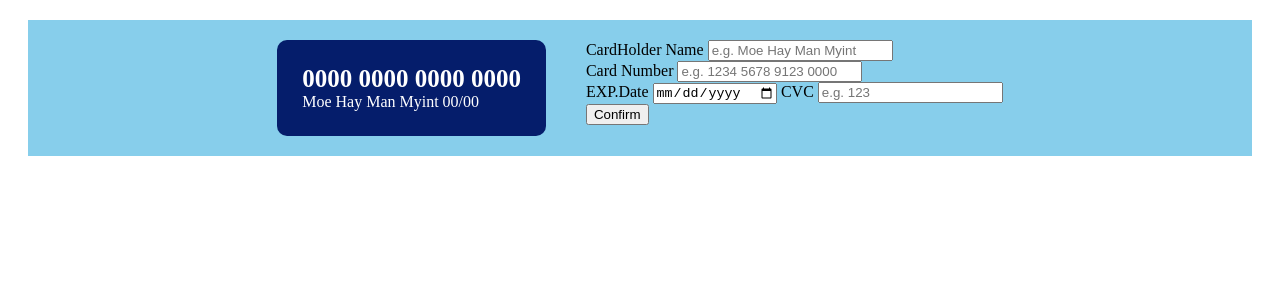
Repository: moehaymanmyint/Interactive-Card-Details-Form
Page: index.html
These files come from the project's save history. The page is drawn as it stood at one moment and after the next save; the edit follows.
The browser window is 1280 px wide. The pictures show the whole page.

Above is the page before, as saved 2024-10-15 22:32:13.

### index.html
<!DOCTYPE html>
<html lang="en">
<head>
    <meta charset="UTF-8">
    <meta name="viewport" content="width=device-width, initial-scale=1.0">
    <title>Interactive Card Details Form</title>
    <link rel="stylesheet" href="style.css">
</head>
<body>
    <div class="container">
        <!-- Left Side -->
    <div class="left-container">
        <div class="card">
            <div class="number">0000 0000 0000 0000</div>
            <span class="name">Moe Hay Man Myint</span>
            <span class="date">00/00</span>
        </div>
    </div>

    <!-- Right Side -->
    <div class="right-container">
        <form action="">
            <div class="card-name">
                <label for="">CardHolder Name</label>
                <input type="text" name="" id="" placeholder="e.g. Moe Hay Man Myint">
            </div>
            <div class="card-number">
                <label for="">Card Number</label>
                <input type="number" name="" id="" placeholder="e.g. 1234 5678 9123 0000">
            </div>
            <div class="card-info">
                <label for="">EXP.Date</label>
                <input type="date" name="" id="">
                <label for="">CVC</label>
                <input type="number" name="" id="" placeholder="e.g. 123">
            </div>
            <div class="confirm-btn">
                <input type="submit" value="Confirm">
            </div>
        </form>
    </div>
    </div>
</body>
</html>

### style.css
.container{
    background-color: skyblue;
    display: flex;
    justify-content: center;
    margin: 20px;
}

.left-container,
.right-container {
    margin: 20px;
}

.left-container{
    background-color: rgb(5, 29, 107);
    color: white;
    padding: 25px;
    border-radius: 10px;
}

.left-container .number{
    font-size: 25px;
    font-weight: bold;
}

.right-container form{
    justify-content: center;

}

After the next save:
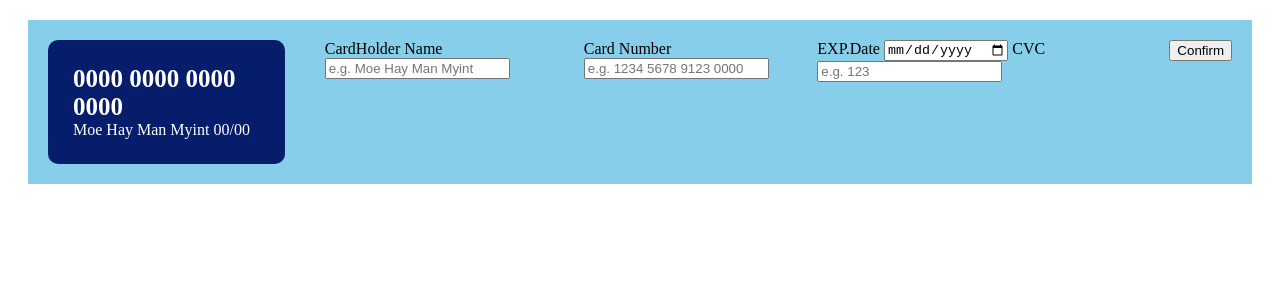
Saved 15 s later.
--- a/style.css
+++ b/style.css
@@ -23,6 +23,7 @@
 }
 
 .right-container form{
-    justify-content: center;
+    display: flex;
+
 
 }

After the save that followed:
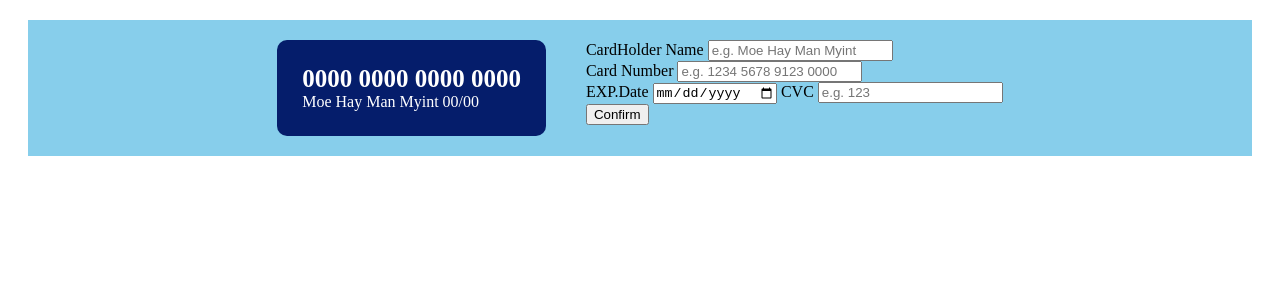
Saved 7 s later.
--- a/style.css
+++ b/style.css
@@ -24,6 +24,7 @@
 
 .right-container form{
     display: flex;
+    flex-direction: column;
 
 
 }
